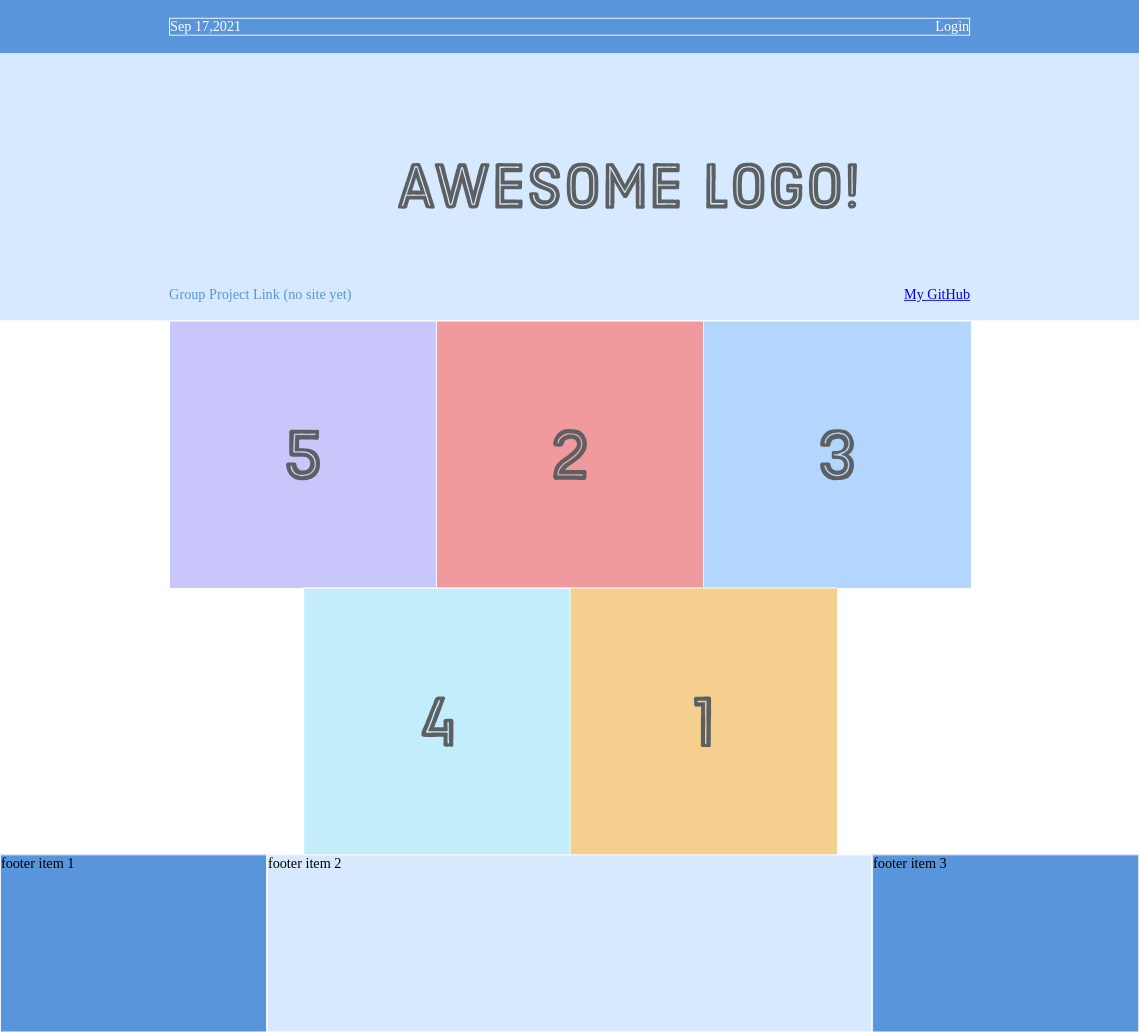
Repository: arkomz/INST377-Lab-Work
Page: client/lab_3/index.html
The author's editor kept a copy of each file at every save. The page is drawn from the files as they stood at one save, then again after the next save.
The browser window is 1280 px wide. The pictures show the whole page, at 89% of full size.

Above is the page before, as saved 2021-09-17 14:08:22.

After the next save:
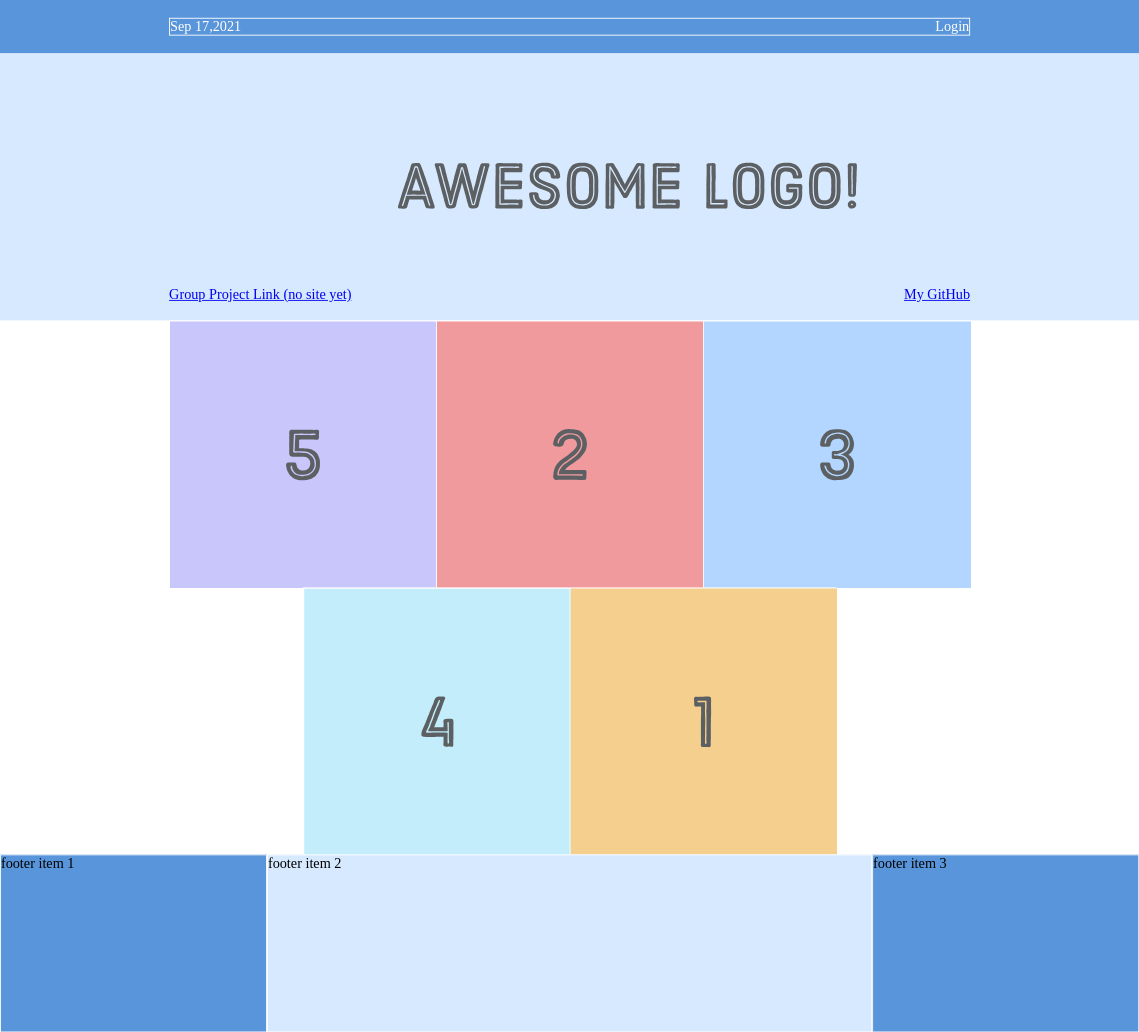
Saved 4 min 29 s later.
--- a/client/lab_3/index.html
+++ b/client/lab_3/index.html
@@ -18,7 +18,7 @@
 
       <div class='header-container'>
             <div class='header'>
-            <div class='subscribe'>Group Project Link (no site yet)</div>
+            <div class='subscribe'> <a href =  "https://INST377Group4.com"> Group Project Link (no site yet)</a></div>
             <div class='logo'><img src='images/awesome-logo.svg'/></div>
             <div class='social'> <a href = "https://github.com/arkomz"> My GitHub </a> </div>
           </div>
